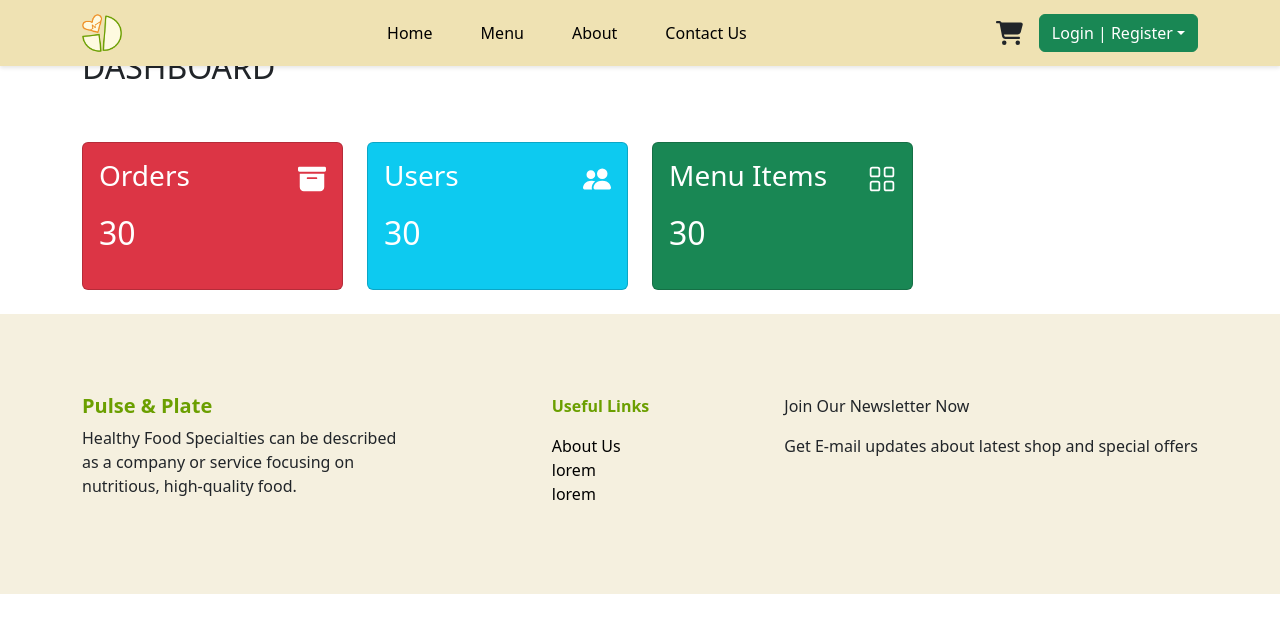
Repository: zeinawady/Pulse-and-Plate
Page: /dashboard
These files come from the project's save history. The page is drawn as it stood at one moment and after the next save; the edit follows.
The browser window is 1280 px wide. The pictures show the whole page.
The project was rebuilt for these pictures with package versions that can differ from the ones it lists, and the page was loaded fresh each time. Also part of the build but not shown: src/components/Main/Main.css, src/components/Main/Main.js, src/components/Menu/MealCard.css, src/components/Menu/MealCard.js, src/components/Menu/Categories.css, src/components/Menu/Categories.js, src/components/Menu/Menu.css, src/components/Menu/Menu.js and 21 more.

Above is the page before, as saved 2025-05-15 19:01:15.

After the next save:
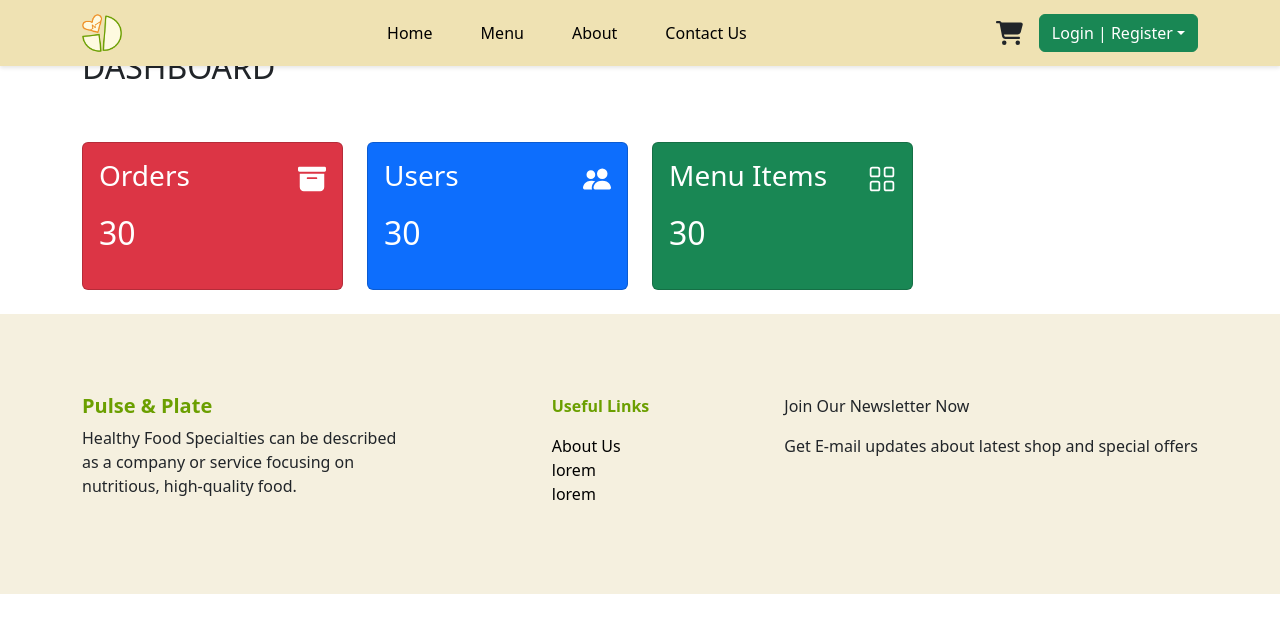
Saved 15 s later.
--- a/src/components/Dashboard/Dashboard.js
+++ b/src/components/Dashboard/Dashboard.js
@@ -25,7 +25,7 @@ export default function Dashboard() {
         </div>
 
         <div className="col-md-3 col-sm-6">
-          <div className="card text-white bg-info h-100">
+          <div className="card text-white bg-primary h-100">
             <div className="card-body">
               <div className="card-inner">
                 <div className="card-title d-flex justify-content-between">
